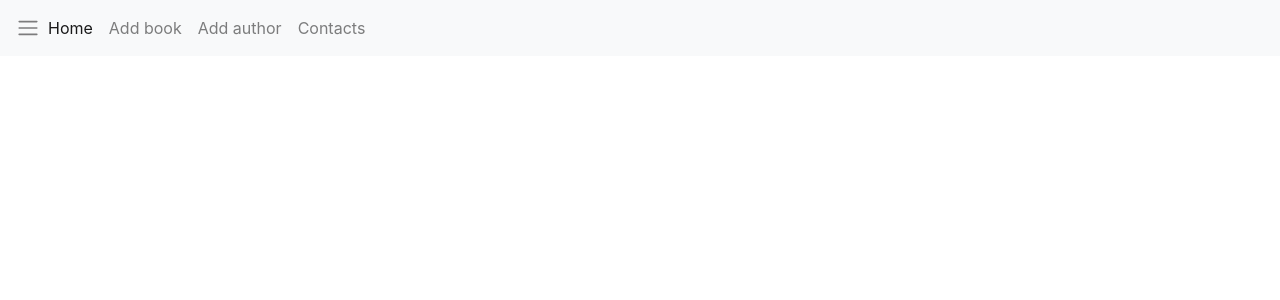
Repository: Aleksus81/Task1
Page: http://localhost/
The author's editor kept a record of every edit. The page is drawn from the files as they stood at one moment, then again after the next edit.
The browser window is 1280 px wide. The pictures show the whole page.
The page is run by PHP 8.4 with error messages shown; the project is at /var/www/html/.

Above is the page before.

After the next edit:
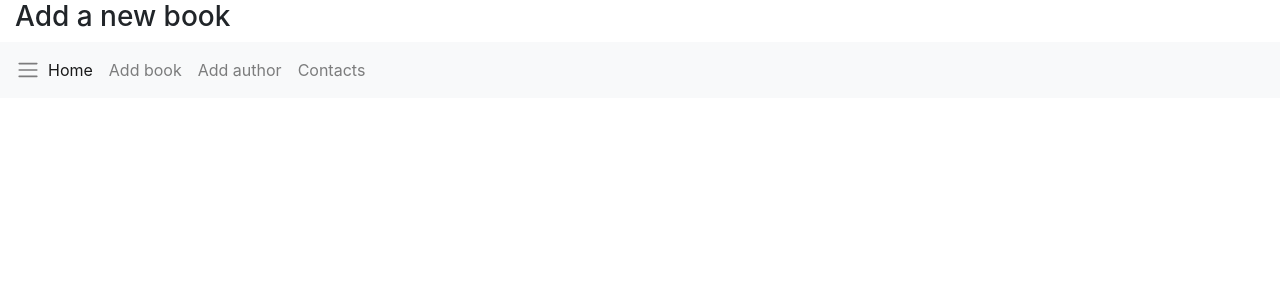
The edit:
--- a/index.php
+++ b/index.php
@@ -11,8 +11,8 @@
     <title>Task1</title>
   </head>
   <body>
-      <div class="container">
-  <!-- Content here -->
+      <div class="container-fluid">
+  <h3>Add a new book</h3>
 </div>
 
     <nav class="navbar navbar-expand-lg navbar-light bg-light">
